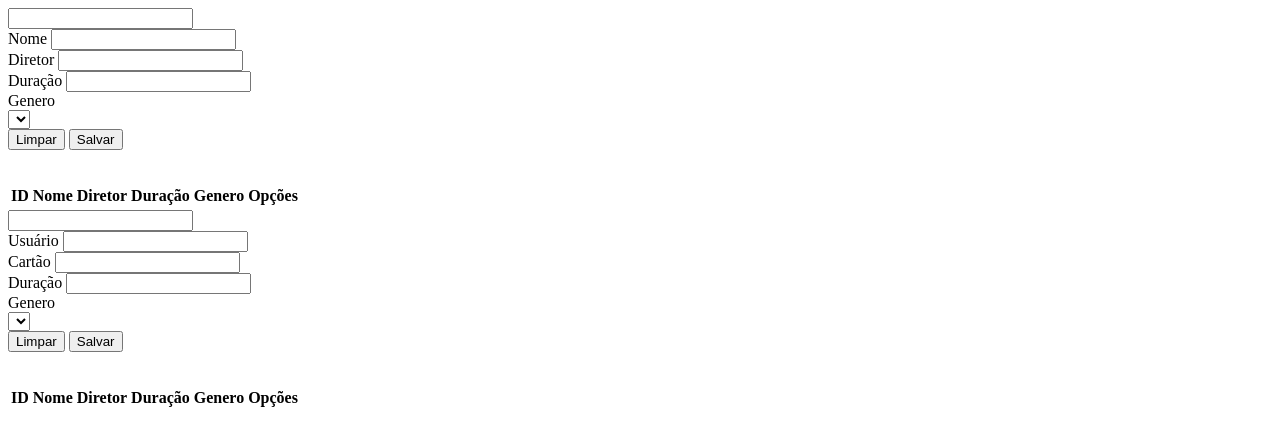
Repository: heloisakrajewski/projeto-leo
Page: Projeto/pyrafilms/WebContent/filme.html
An editor plug-in stored every save of this project. The page is shown before and after the next save, followed by the edit.
The browser window is 1280 px wide. The pictures show the whole page.

Above is the page before, as saved 2016-11-27 15:48:04.
Console error: ReferenceError: jQuery is not defined

### Projeto/pyrafilms/WebContent/filme.html
<meta charset="utf-8">
    <meta http-equiv="X-UA-Compatible" content="IE=edge">
    <meta name="viewport" content="width=device-width, initial-scale=1">
    <meta name="description" content="">
    <meta name="author" content="">

<div class="filme">
	<form id="criarFilmeForm">
		<div class="form-group">
			<div class="row">
				<input type="text" class="form-control hidden" name="id" />

				<div class="col-lg-6">
					<label>Nome</label>
						<input type="text" class="form-control" name="nome" />
				</div>
				<div class="col-lg-6">
					<label>Diretor</label>
					<input type="text" class="form-control" name="diretor" />
				</div>
			</div>
		</div>
		<div class="form-group">
			<div class="row">
				<div class="col-lg-6">
					<label>Duração</label>
					<input type="text" class="form-control" name="duracao"></input>
				</div>
				<div class="col-lg-6">
					<label>Genero</label><br>
					<select class="form-control" id="comboGeneros" name="genero"></select>
				 </div>
			</div>
		</div>
		<div class="form-group text-center">
			<div class="row">
				<div class="col-lg-12">
					<div class="btn-block btn-group">
					<input type="reset" class="btn btn-default" value="Limpar" />
					<input type="button" class="btn btn-primary" value="Salvar"
						onclick="adicionarFilme();" />
					</div>
				</div>
			</div>
		</div>
	</form>

	<div class="form-group">
		<div class="col-lg-12">
			<br>
			<table id="grid-filmes" class="table">
				<thead>
					<tr>
						<th class="text-center">ID</th>
						<th>Nome</th>
						<th>Diretor</th>
						<th>Duração</th>
						<th>Genero</th>
						<th class="text-center">Opções</th>
					</tr>
				</thead>
				<tr>

				</tr>
			</table>
		</div>
	</div>
</div>
<div class="aluguel">
	<form id="criarAluguelForm">
		<div class="form-group">
			<div class="row">
				<input type="text" class="form-control hidden" name="id" />

				<div class="col-lg-6">
					<label>Usuário</label>
					<input type="text" class="form-control" name="usuario_id" />
				</div>
				<div class="col-lg-6">
					<label>Cartão</label>
					<input type="text" class="form-control" name="cartao_id" />
				</div>
			</div>
		</div>
		<div class="form-group">
			<div class="row">
				<div class="col-lg-6">
					<label>Duração</label>
					<input type="text" class="form-control" name="duracao"></input>
				</div>
				<div class="col-lg-6">
					<label>Genero</label><br>
					<select class="form-control" id="comboGeneros" name="genero"></select>
				 </div>
			</div>
		</div>
		<div class="form-group text-center">
			<div class="row">
				<div class="col-lg-12">
					<div class="btn-block btn-group">
					<input type="reset" class="btn btn-default" value="Limpar" />
					<input type="button" class="btn btn-primary" value="Salvar"
						onclick="adicionarFilme();" />
					</div>
				</div>
			</div>
		</div>
	</form>

	<div class="form-group">
		<div class="col-lg-12">
			<br>
			<table id="grid-filmes" class="table">
				<thead>
					<tr>
						<th class="text-center">ID</th>
						<th>Nome</th>
						<th>Diretor</th>
						<th>Duração</th>
						<th>Genero</th>
						<th class="text-center">Opções</th>
					</tr>
				</thead>
				<tr>

				</tr>
			</table>
		</div>
	</div>
</div>


	<script src="js/json.js" type="text/javascript"></script>
	<script src="js/bootstrap.min.js"></script>
	<!-- <script src="js/custom.js" type="text/javascript"></script> -->
	<script type="text/javascript">

	var host = "http://localhost:8080/pyrafilms/services/";

	$(document).ready(function() {
		listarFilmes();
		listarGeneros();
	});


	function listarGeneros() {
		$.ajax({
			url : host + 'generos/',
			type : 'GET',
			 headers: {
                 Accept : 'application/json'
  			},
			success : function(data) {
				renderizarGenerosCombo(data);

			},
			error: function(data) {
				alert("Erro ao buscar generos de filmes");
			}
		});
	};

	function renderizarGenerosCombo(data) {
		var str = "";
		var str = '<option value="-1">Selecione</option>';
		$.each(data.generoes.genero, function(i, genero) {
			str += '<option value="' + genero.id + '">' + genero.descricao + '</option>';
		});
		$('#comboGeneros').html(str).show();
	}

	function alugarFilme() {

	}

	var idFilme = "";
	function alugarFilme(filme) {
		$("#cartao").removeClass("hide");
		$("#usuario").addClass("hide");
		idFilme = filme;
	};

	function voltar() {
		$("#cartao").addClass("hide");
		$("#usuario").removeClass("hide");
		listarUsuarios();
	}

	function listarFilmes() {
		$.ajax({
			url : host + 'filmes/',
			type : 'GET',
			 headers: {
                 Accept : 'application/json'
  			},
			success : function(data) {
				renderizarFilmes(data);

			},
			error: function(data) {
				alert("Erro na invocaÃ§Ã£o");
			}
		});
	};

	function renderizarFilmes(data) {
		$("#grid-filmes tbody tr").remove();
		var str = "";

		$.each(data.filmes.filme, function(i, filme) {
			str += '<tr>';
			str += '<td class="text-center">' + filme.id + '</td>';
			str += '<td>' + filme.nome + '</td>';
			str += '<td>' + filme.diretor + '</td>';
			str += '<td>' + filme.duracao + '</td>';
			str += '<td>' + filme.genero + '</td>';
			str += '<td class="text-center">';
			str += '<button class="btn btn-primary" onclick="alugarFilme(' + filme.id + ');">Editar</button>';
			str += '<button class="btn btn-primary" onclick="carregaFilme(' + filme.id + ');">Editar</button>';
			str += '&nbsp;<button class="btn btn-danger" name="excluirUsuari" onclick="excluirFilme('+ filme.id +')">Excluir</button>';
			str += '</td>';
			str += '</tr>';
		});

		$("#grid-filmes tbody").append(str);

	}

	function excluirFilme(id) {
		$.ajax({
				url : host + 'filmes/' + id,
				type : 'DELETE',
				success : function(data) {
					listarFilmes();
				},
				error : function(data) {
					console.log(data);
					alert("Ocorreu um erro: " + data.status + " "
							+ data.statusText);
				}
			});

	};

	function adicionarFilme() {
		var data = $("#criarFilmeForm").serializeJSON();

		if(data.id){
			atualizaFilme(data);
  		}else {
  			criaFilme(data);
  	  	}
	}

	function atualizaFilme(data) {
		id = data.id;
			data = "{\"filme\":" + JSON.stringify(data) + "}";
			$.ajax({
			   url : host + 'filmes',
			   type : 'PUT',
			   contentType : 'application/json',
			   data : data,
			   success : function(data) {
				  //alert("Incluído com sucesso!");
				  //$("#criarFilmeForm")[0].reset();
				  listarFilmes();
			   },
			   error : function(data) {
					console.log(data);
					alert("Ocorreu um erro: " + data.status + " "+ data.statusText);

			   }
			 });
		}

	function carregaFilme(id) {
		$.ajax({
			url : host + 'filmes/' + id,
			type : 'GET',
			success : function(data) {
				var frm =  $("#criarFilmeForm");
				 $.each(data.filme, function(key, value){
					 $('[name='+key+']', frm).val(value);
				});
			},
			error : function(data) {
				console.log(data);
				alert("Ocorreu um erro: " + data.status + " "
						+ data.statusText);
			}
		});

	}


	function criaFilme(data){
		data = "{\"filme\":" + JSON.stringify(data) + "}";
		$.ajax({
		   url : host + 'filmes',
		   type : 'POST',
		   contentType : 'application/json',
		   data : data,
		   success : function(data) {
			  alert("Incluído com sucesso!");
			  $("#criarFilmeForm")[0].reset();
			  listarFilmes();
		   },
		   error : function(data) {

				console.log(data);
				alert("Ocorreu um erro: " + data.status + " "
						+ data.statusText);
		   }
		 });
	}
	</script>
</body>
</html>

### Projeto/pyrafilms/WebContent/js/json.js
/*!
  SerializeJSON jQuery plugin.
  https://github.com/marioizquierdo/jquery.serializeJSON
  version 1.0.1 (Aug 20, 2012)

  Copyright (c) 2012 Mario Izquierdo
  Dual licensed under the MIT (http://www.opensource.org/licenses/mit-license.php)
  and GPL (http://www.opensource.org/licenses/gpl-license.php) licenses.
*/
(function ($) {
  "use strict";

  $.fn.serializeJSON = function () {
    var obj, formAsArray;
    obj = {};
    formAsArray = this.serializeArray();

    $.each(formAsArray, function (i, input) {
      var name, value, keys;
      name = input.name;
      value = input.value;

      // Split the input name in programatically readable keys
      // name = "foo"              => keys = ['foo']
      // name = "[foo]"            => keys = ['foo']
      // name = "foo[inn][bar]"    => keys = ['foo', 'inn', 'bar']
      // name = "foo[inn][arr][0]" => keys = ['foo', 'inn', 'arr', '0']
      // name = "arr[][val]"       => keys = ['arr', '', 'val']
      keys = $.map(name.split('['), function (key) {
        var last;
        last = key[key.length - 1];
        return last === ']' ? key.substring(0, key.length - 1) : key;
      });
      if (keys[0] === '') { keys.shift(); } // "[foo][inn]" should be same as "foo[inn]"

      // Set value in the object using the keys
      $.deepSet(obj, keys, value);
    });
    return obj;
  };

  // Auxiliar function to check if a variable is an Object
  var isObject = function (obj) {
    return obj === Object(obj);
  };

  /**
  Access the object in a deep key and assigns the value:

  // Examples:
  deepSet(obj, ['foo'], v)                //=> obj['foo'] = v
  deepSet(obj, ['foo', 'inn'], v)         //=> obj['foo']['inn'] = v // Create the inner obj['foo'] object, if needed
  deepSet(obj, ['foo', 'inn', 'inn'], v)  //=> obj['foo']['inn']['inn'] = v
  deepSet(obj, ['0'], v)                  //=> obj[0] = v // obj may be an Array
  deepSet(obj, [''], v)                   //=> obj.push(v) // assume obj as array, and add a new value to the end
  deepSet(obj, ['arr', '0'], v)           //=> obj['arr']['0'] = v // obj['arr'] is created as Array if needed
  deepSet(obj, ['arr', ''], v)            //=> obj['arr'].push(v)
  deepSet(obj, ['foo', 'arr', '0'], v)    //=> obj['foo']['arr'][0] = v // obj['foo'] is created as object and obj['foo']['arr'] as a Array, if needed
  deepSet(obj, ['arr', '0', 'foo'], v)    //=> obj['arr']['0']['foo'] = v // obj['foo'] is created as object and obj['foo']['arr'] as a Array and obj['foo']['arr'][0] as object, if needed

  // Complex example with array empty index,
  // it creates a new element, unless there is a nested non repeated key, so it assigns to the last element object:
  var arr = []
  deepSet(arr, [''], v)                   //=> arr === [v]
  deepSet(arr, ['', 'foo'], v)            //=> arr === [v, {foo: v}]
  deepSet(arr, ['', 'bar'], v)            //=> arr === [v, {foo: v, bar: v}]
  deepSet(arr, ['', 'bar'], v)            //=> arr === [v, {foo: v, bar: v}, {bar: v}]
  */
  $.deepSet = function (obj, keys, value) {
    if (!keys || keys.length === 0) { throw new Error("ArgumentError: keys param expected to be an array with least one key"); }
    var key, next, tail, defaultIfNotDefined, lastKey, lastElement;
    key = keys[0];
    next = keys[1];
    if (next !== undefined && next !== null) {
      tail = keys.slice(1);
      if (key === '') { // Empty key with => merge keys in the object element
        lastKey = obj.length - 1;
        lastElement = obj[obj.length - 1];
        if (isObject(lastElement) && !lastElement[next]) { // if next key is a new attribute in the last object element then set the new value in there
          key = lastKey;
        } else { // if the array does not have an object as last element, create one
          obj.push({});
          key = lastKey + 1;
        }
      }
      if (obj[key] === undefined) { // obj[key] ||= defaultIfNotDefined
        defaultIfNotDefined = (next === '' || !isNaN(parseInt(next, 10))) ? [] : {}; // Array or Object depending on next key
        obj[key] = defaultIfNotDefined;
      }
      $.deepSet(obj[key], tail, value); // Recursive access the inner Object
    } else {
      if (key === '') {
        obj.push(value);
      } else {
        obj[key] = value;
      }
    }
  };

}(jQuery));

Loaded but not shown: Projeto/pyrafilms/WebContent/js/bootstrap.min.js (library)

After the next save:
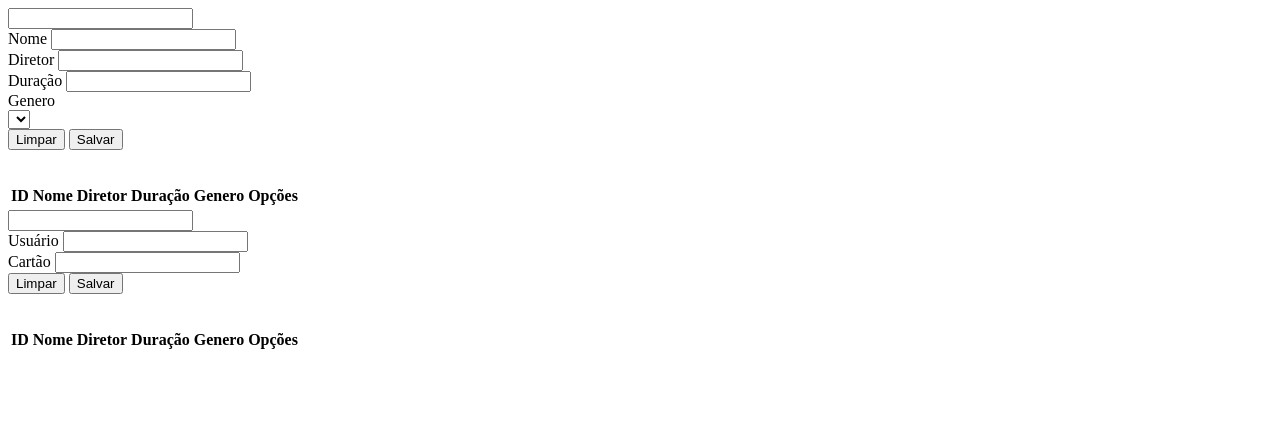
Saved 15 s later.
--- a/Projeto/pyrafilms/WebContent/filme.html
+++ b/Projeto/pyrafilms/WebContent/filme.html
@@ -80,18 +80,6 @@
 					<label>Cartão</label>
 					<input type="text" class="form-control" name="cartao_id" />
 				</div>
-			</div>
-		</div>
-		<div class="form-group">
-			<div class="row">
-				<div class="col-lg-6">
-					<label>Duração</label>
-					<input type="text" class="form-control" name="duracao"></input>
-				</div>
-				<div class="col-lg-6">
-					<label>Genero</label><br>
-					<select class="form-control" id="comboGeneros" name="genero"></select>
-				 </div>
 			</div>
 		</div>
 		<div class="form-group text-center">
